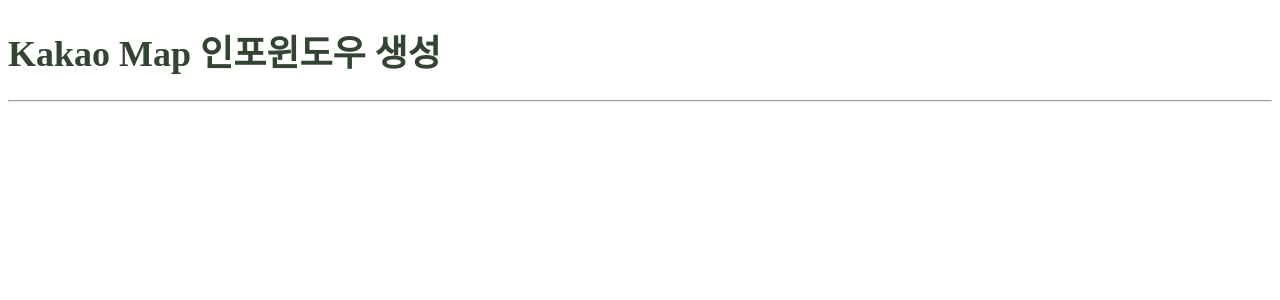
Repository: youngsik0405/KakaoMapStudy
Page: MapApp/WebContent/MapTest017.html
The author's editor kept a copy of each file at every save. The page is drawn from the files as they stood at one save, then again after the next save.
The browser window is 1280 px wide. The pictures show the whole page.

Above is the page before, as saved 2025-03-11 03:31:34.
Console error: ReferenceError: initialize is not defined

### MapApp/WebContent/MapTest017.html
<!DOCTYPE html>
<html>
<head>
<meta charset="UTF-8">
<title>MapTest017.html</title>
<link rel="stylesheet" type="text/css" href="css/main.css">
</head>
<body onload="initialize()">

<!-- ○ 발급 받은 App Key -->
<!-- 3af3385ec0e17fc36675a7fccbb6a9a2 -->

<!-- ○ 지도의 중심 좌표(풍성빌딩) -->
<!-- 37.556529, 126.919510 -->

<!-- ○ 길건너 스타벅스 -->
<!-- 37.556870, 126.919994 -->

<!-- ○ 홍대입구역 2번출구 앞 스타벅스 -->
<!-- 37.557159, 126.923603 -->


<div>
	<h1>Kakao Map 인포윈도우 생성</h1>
	<hr>
</div>

<div id="map" style="width: 100%; height: 400px;"></div>
<br>

</body>
</html>

### MapApp/WebContent/css/main.css
@charset "UTF-8";

/* main.css */

*
{
	font-family: 맑은 고딕;
	color: #334433;
}

body, p, div, span, input, table, th, td, select
{
	font-size: 18px;
}

.control
{
	border: 1px solid gray;
	border-radius: 3px;
}

.table
{
	border-collapse: collapse;
	width: 100%;
}

.table th, .table td
{
	border: 1px solid gray;
	border-left: 0px;
	border-right: 0px;
	padding: 3px;
	line-height: 150%;
}

.table th
{
	font-weight: bold;
	background-color: #eeeeee;
}

.btn
{
	font-weight: bold;
}

.btn:hover
{
	color: white;
	background-color: #778877;
}

After the next save:
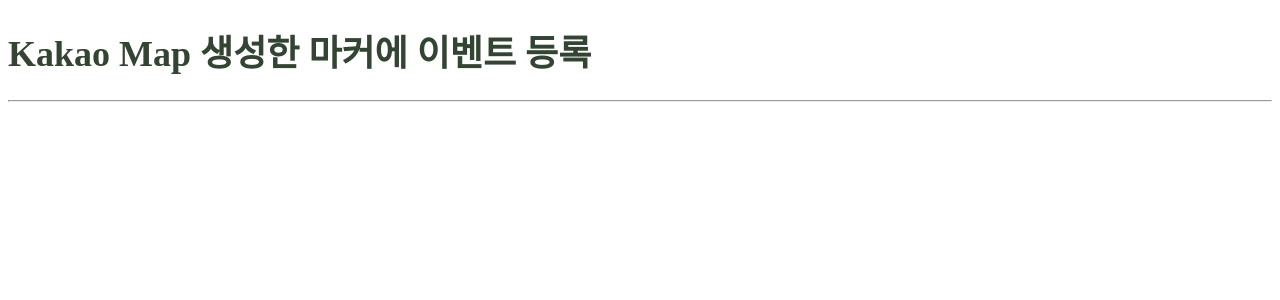
Saved 19 s later.
--- a/MapApp/WebContent/MapTest017.html
+++ b/MapApp/WebContent/MapTest017.html
@@ -21,7 +21,7 @@
 
 
 <div>
-	<h1>Kakao Map 인포윈도우 생성</h1>
+	<h1>Kakao Map 생성한 마커에 이벤트 등록</h1>
 	<hr>
 </div>
 
